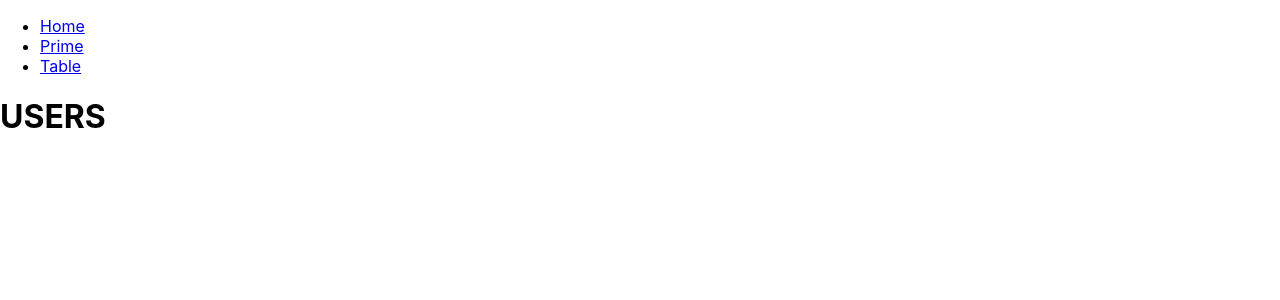
Repository: mandahos/prime-pop
Page: /table
These files come from the project's save history. The page is drawn as it stood at one moment and after the next save; the edit follows.
The browser window is 1280 px wide. The pictures show the whole page.
The project was rebuilt for these pictures with package versions that can differ from the ones it lists, and the page was loaded fresh each time. Also part of the build but not shown: src/App.css, src/App.js, src/Pages/Home.js.

Above is the page before, as saved 2022-10-02 20:39:59.

### src/index.js
import React from 'react';
import ReactDOM from 'react-dom/client';
import './index.css';
import App from './App';
import Home from './Pages/Home';
import Prime from './Pages/Prime';
import Table from './Pages/Table';
import Layout from './Pages/Layout';
import reportWebVitals from './reportWebVitals';
import { BrowserRouter, Routes, Route } from 'react-router-dom';

const root = ReactDOM.createRoot(document.getElementById('root'));
root.render(
  <React.StrictMode>
    <BrowserRouter>
    <Routes>
        <Route path="/" element={<Layout />}>
          <Route index element={<Home />} />
          <Route path="prime" element={<Prime />} />
          <Route path="table" element={<Table />} />
        </Route>
      </Routes>
    </BrowserRouter>
  </React.StrictMode>
);

// If you want to start measuring performance in your app, pass a function
// to log results (for example: reportWebVitals(console.log))
// or send to an analytics endpoint. Learn more: https://bit.ly/CRA-vitals
reportWebVitals();

### src/Pages/Prime.js
import React from "react";

function Prime() {
    //prime 1-1000 written, first indicates where to start and when to end loop, second variable is indicating how to show if prime.
    for (var n = 2; n <= 1000; n++) {
        for (var i = 2; i < n; i++) {
            if (n % i === 0)
            {
                break;
            }
        }
        if (n === i)
        {
        document.write(i+"<br>");
        }
    }

}
//math right, need to print on page//in console
console.log(Prime(2));


export default Prime;

### src/Pages/Table.js
import React from "react";

function Table(){
    return(

        <div className="app-container">
        <h1> USERS </h1>
        <table>
            <thead>

            </thead>
        </table>
        </div>

    );
}


export default Table;

### src/Pages/Layout.js
import React from "react";
import {Outlet} from "react-router-dom";
import NavBar from "../Components/NavBar";

function Layout() {
    return(
        <>
        <NavBar />
        <Outlet />
        </>
    );
};

export default Layout;

### src/Components/NavBar.js
import React from "react";
import {BrowserRouter, Route, Link} from "react-router-dom";

function NavBar() {
    return(
        <nav>
            <ul>
                <li>
                    <Link to='/'>Home</Link>
                </li>
                <li>
                    <Link to='/prime'>Prime</Link>
                </li>
                <li>
                    <Link to='/'>Table</Link>
                </li>
            </ul>
        </nav>
    );

}

export default NavBar

Loaded but not shown: public/index.html (common file); src/index.css (common file); src/reportWebVitals.js (common file)

After the next save:
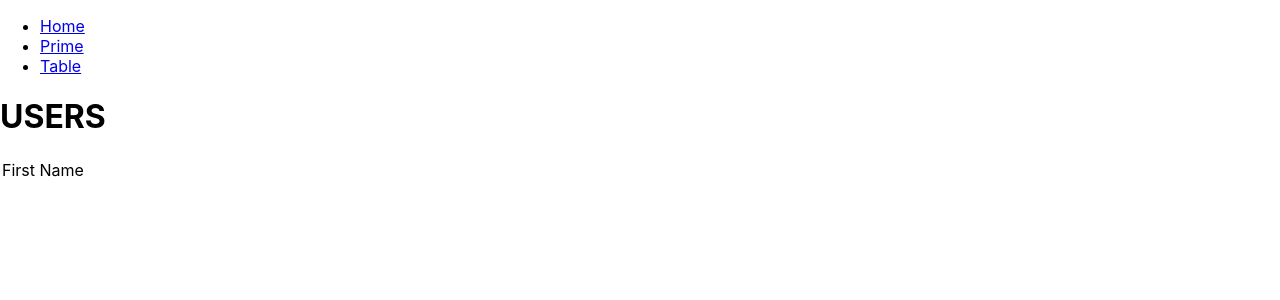
Saved 27 s later.
--- a/src/Pages/Table.js
+++ b/src/Pages/Table.js
@@ -7,7 +7,7 @@ function Table(){
         <h1> USERS </h1>
         <table>
             <thead>
-
+               <tr>First Name</tr>
             </thead>
         </table>
         </div>
